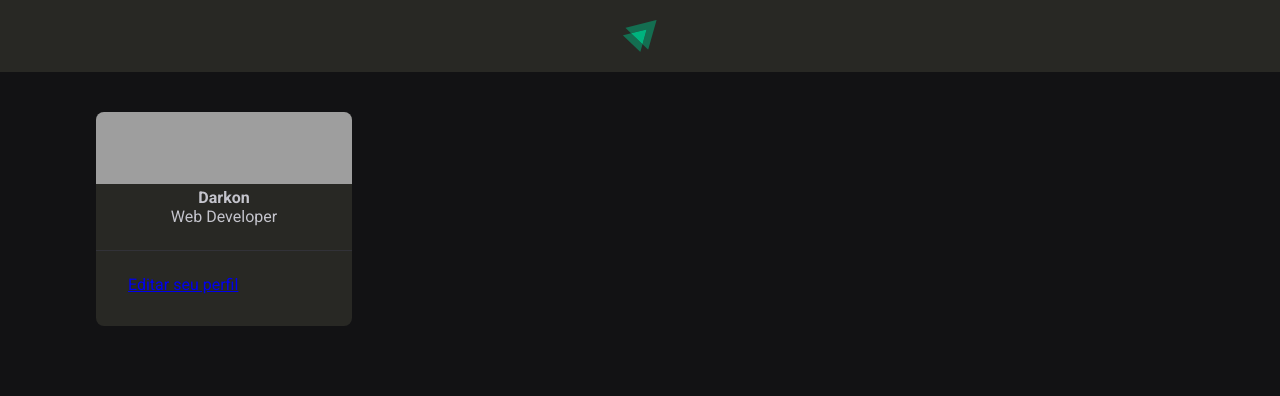
Repository: viviij/PseudoRedeSocial
Page: /
The author's editor kept a copy of each file at every save. The page is drawn from the files as they stood at one save, then again after the next save.
The browser window is 1280 px wide. The pictures show the whole page.
Pictures or frames that could not be fetched are drawn as grey boxes. The project was rebuilt for these pictures with package versions that can differ from the ones it lists, and the page was loaded fresh each time. Also part of the build but not shown: vite.config.js.

Above is the page before, as saved 2022-07-29 11:53:00.

After the next save:
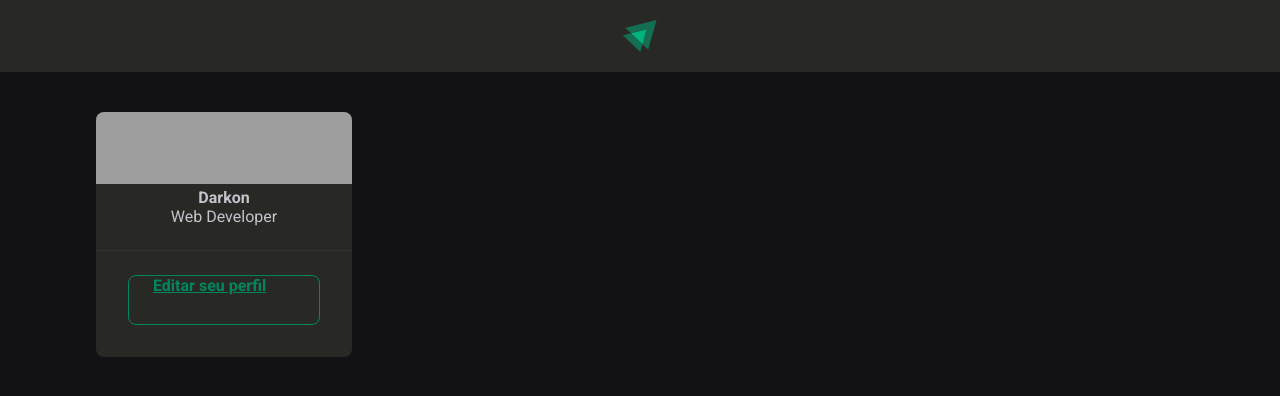
Saved 51 s later.
--- a/src/components/Sidebar.module.css
+++ b/src/components/Sidebar.module.css
@@ -22,7 +22,7 @@
   padding: 1.5rem 2rem 2rem;
 }
 
-sidebar footer a {
+.sidebar footer a {
   width: 100%;
   background: transparent;
   color: var(--green-500);
